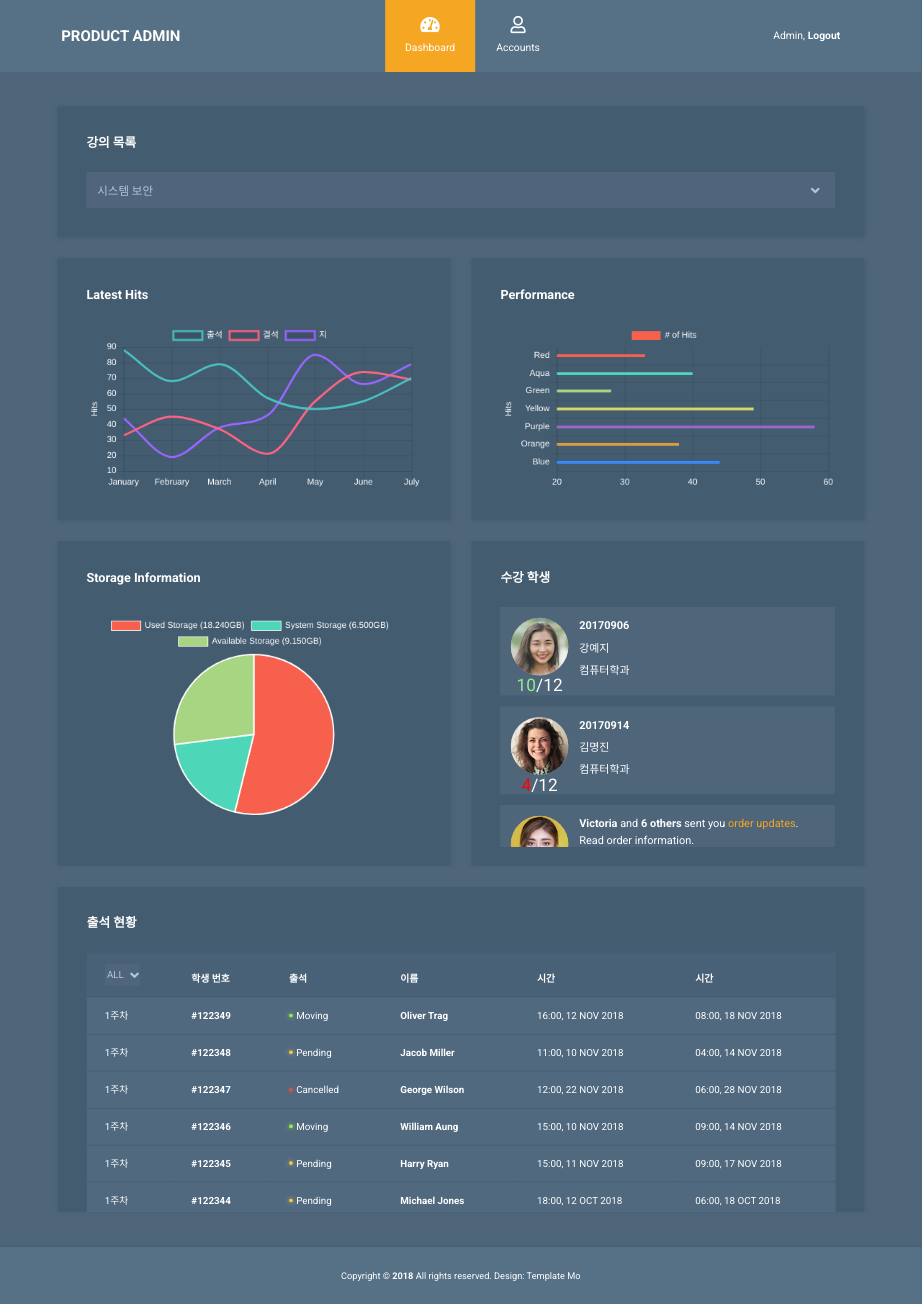
Repository: YJ-S2/2019-FaceAPI
Page: test1-master/web/123/WebContent/web1.html
An editor plug-in stored every save of this project. The page is shown before and after the next save, followed by the edit.
The browser window is 1280 px wide. The pictures show the whole page, at 72% of full size.
An inner scrolling area shows only its first screen.

Above is the page before, as saved 2019-08-07 09:37:09.

After the next save:
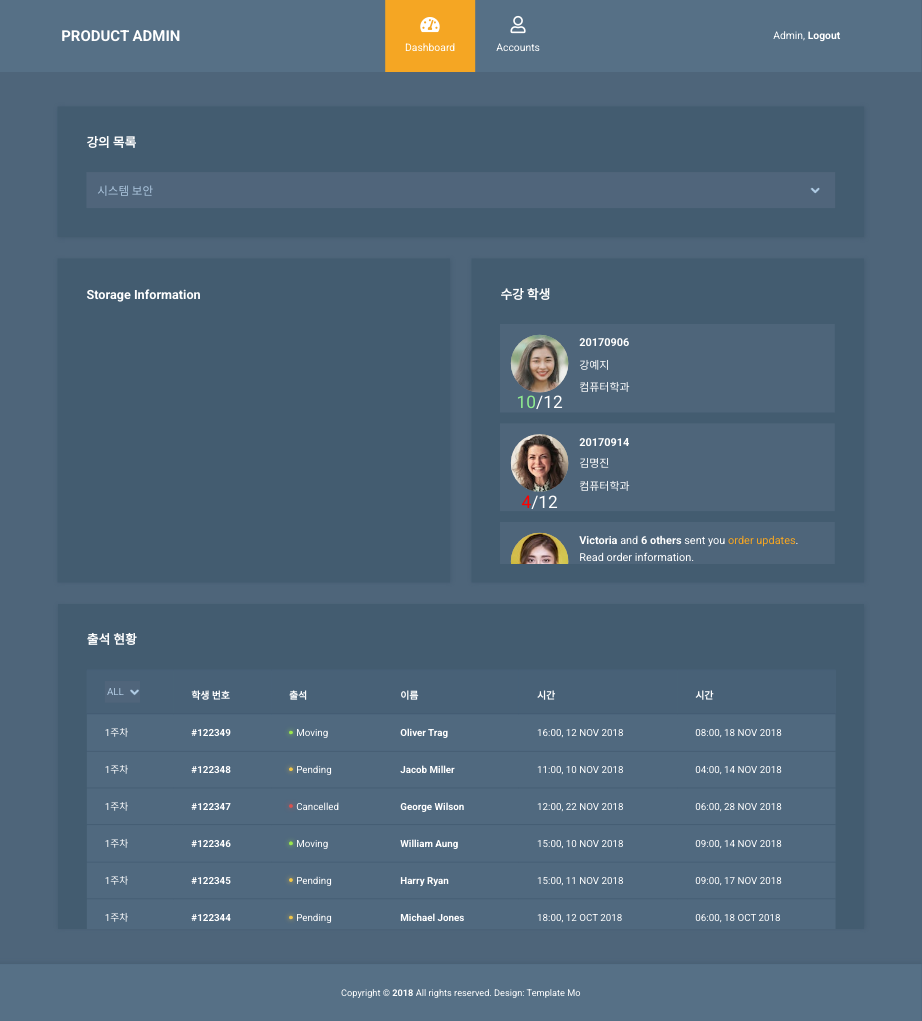
Console error: ReferenceError: barChart is not defined
Saved 4 days later.
--- a/test1-master/web/123/WebContent/web1.html
+++ b/test1-master/web/123/WebContent/web1.html
@@ -126,18 +126,7 @@
             <!-- row -->
             <div class="row tm-content-row">
 
-                <div class="col-sm-12 col-md-12 col-lg-6 col-xl-6 tm-block-col">
-                    <div class="tm-bg-primary-dark tm-block">
-                        <h2 class="tm-block-title">Latest Hits</h2>
-                        <canvas id="lineChart"></canvas>
-                    </div>
-                </div>
-                <div class="col-sm-12 col-md-12 col-lg-6 col-xl-6 tm-block-col">
-                    <div class="tm-bg-primary-dark tm-block">
-                        <h2 class="tm-block-title">Performance</h2>
-                        <canvas id="barChart"></canvas>
-                    </div>
-                </div>
+
 
                 <div class="col-sm-12 col-md-12 col-lg-6 col-xl-6 tm-block-col">
                     <div class="tm-bg-primary-dark tm-block tm-block-taller">

After the save that followed:
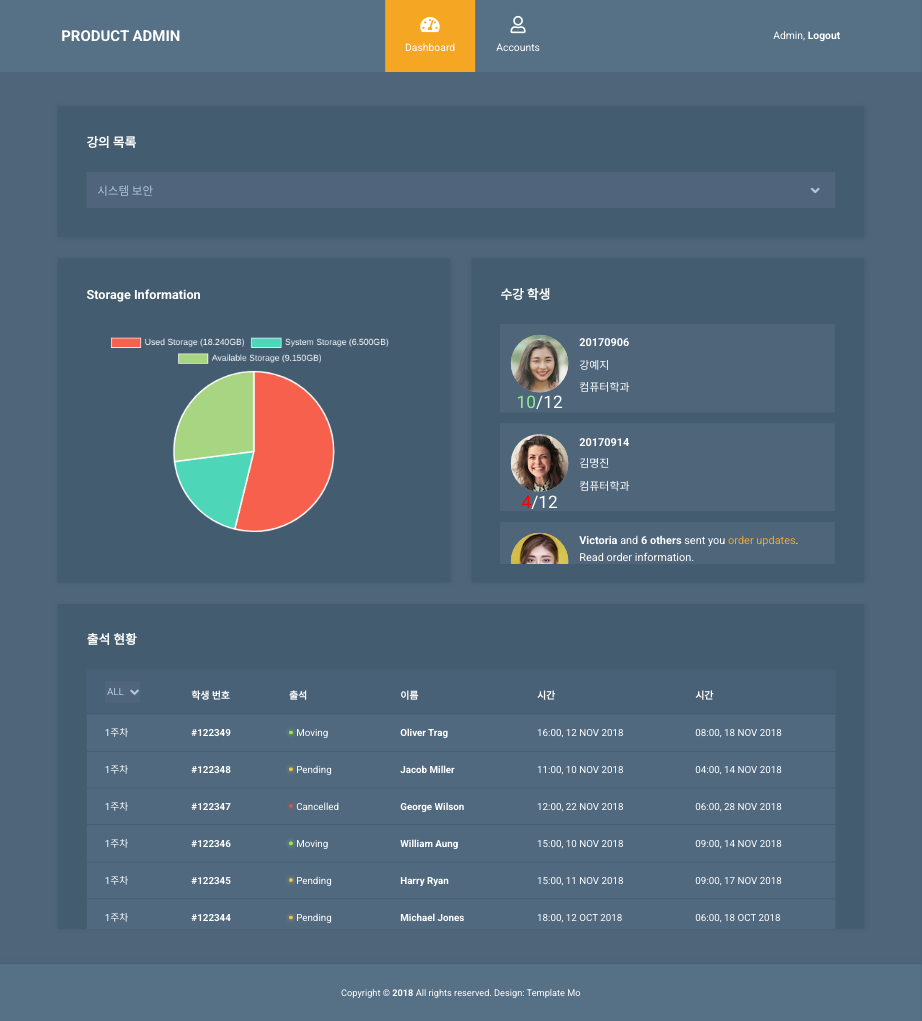
The error is gone.
Saved 95 s later.
--- a/test1-master/web/123/WebContent/web1.html
+++ b/test1-master/web/123/WebContent/web1.html
@@ -394,27 +394,14 @@
     <script src="js/tooplate-scripts.js"></script>
     <script>
         Chart.defaults.global.defaultFontColor = 'white';
-        let ctxLine,
-            ctxBar,
-            ctxPie,
-            optionsLine,
-            optionsBar,
+        let ctxPie,
             optionsPie,
-            configLine,
-            configBar,
             configPie,
-            lineChart;
-        barChart, pieChart;
+			pieChart;
         // DOM is ready
         $(function () {
-            drawLineChart(); // Line Chart
-            drawBarChart(); // Bar Chart
             drawPieChart(); // Pie Chart
 
-            $(window).resize(function () {
-                updateLineChart();
-                updateBarChart();
-            });
         })
     </script>
 </body>
